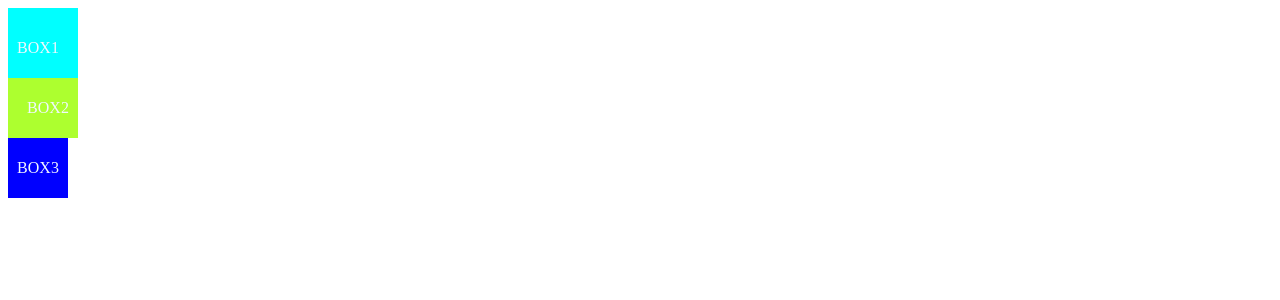
Repository: Ducspdn/WeTheBandF8
Page: html_learn_f8/index3.html
The author's editor kept a copy of each file at every save. The page is drawn from the files as they stood at one save, then again after the next save.
The browser window is 1280 px wide. The pictures show the whole page.

Above is the page before, as saved 2023-01-14 10:03:45.

After the next save:
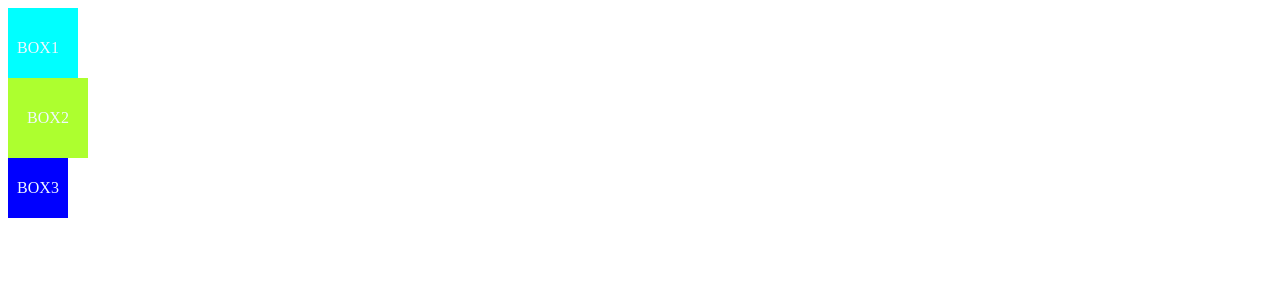
Saved 51 s later.
--- a/html_learn_f8/index3.html
+++ b/html_learn_f8/index3.html
@@ -23,7 +23,7 @@
     }
     .BOX2{
         background-color: greenyellow ;
-        padding-inline-start: 10px;
+        padding: 10px;
     }
     .BOX3{
         background-color: blue;
